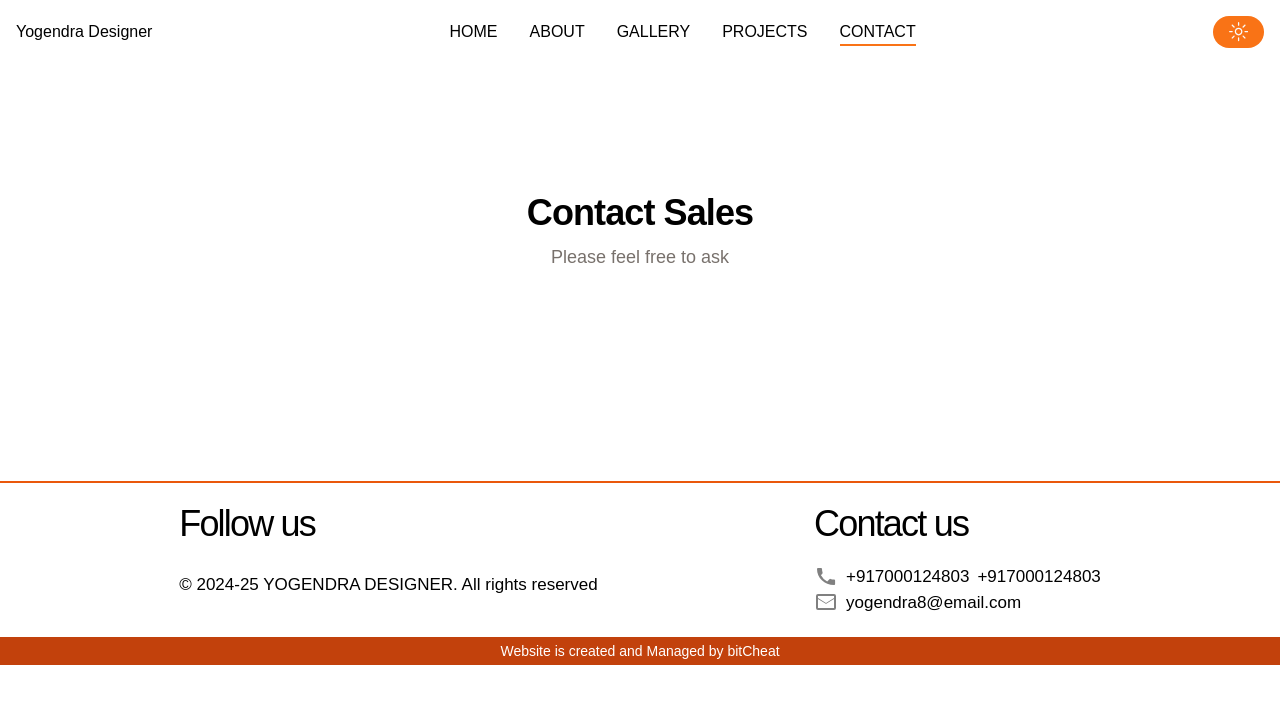
Repository: hitoutvrma/MB_designs-Interior-Designing-website
Page: /contact
These files come from the project's save history. The page is drawn as it stood at one moment and after the next save; the edit follows.
The browser window is 1280 px wide. The pictures show the whole page.
The project was rebuilt for these pictures with package versions that can differ from the ones it lists, and the page was loaded fresh each time. The framework's server and built-in components were replaced by stand-ins that run in the browser. Also part of the build but not shown: next.config.mjs.

Above is the page before, as saved 2024-09-16 18:44:51.

### app/layout.js
import localFont from "next/font/local";
import { Sen } from "next/font/google";
import "./globals.css";
import Header from "@/components/ui/Header";
import Footer from "@/components/ui/Footer";
import { ThemeProvider } from "@/components/ThemeProvider";

const josef = Sen({
  subsets:["latin"],
  weight:["400","500","600","700"],
  display:"swap"
})

// const geistSans = localFont({
//   src: "./fonts/GeistVF.woff",
//   variable: "--font-geist-sans",
//   weight: "100 900",
// });
// const geistMono = localFont({
//   src: "./fonts/GeistMonoVF.woff",
//   variable: "--font-geist-mono",
//   weight: "100 900",
// });

export const metadata = {
  title: "Create Next App",
  description: "Generated by create next app",
};

export default function RootLayout({ children }) {
  return (
    <html lang="en" suppressHydrationWarning>
      <body
        className={`${josef.variable} ${josef.variable} overflow-x-hidden antialiased`}
      >
        <ThemeProvider attribute='class' defaultTheme='light'>

        <Header/>
        {children}
        <Footer/>
        </ThemeProvider>
      </body>
    </html>
  );
}

### app/contact/page.jsx
export default function ContactSection(){
  return (
      <div className="px-6 py-24 sm:py-32 lg:px-8">
          <div className="mx-auto max-w-2xl text-center">
          <h2 className="text-3xl font-bold tracking-tight sm:text-4xl">Contact Sales</h2>
          <p className="mt-2 text-lg leading-8 text-muted-foreground">Please feel free to ask </p>
          </div>
          <form className="mx-auto mt-16 max-w-xl sm:mt-20" action="">
            <div className="grid grid-cols-1 gap-x-8 gap-y-6 sm:grid-cols-2"></div>

          </form>
      </div>
  )
}

### app/globals.css
@tailwind base;
@tailwind components;
@tailwind utilities;


body {
  color: var(--foreground);
  background: var(--background);
  font-family: Arial, Helvetica, sans-serif;
}

@layer utilities {
  .text-balance {
    text-wrap: balance;
  }
}


@layer base {
  :root {
    --background: 0 0% 100%;
    --foreground: 20 14.3% 4.1%;
    --card: 0 0% 100%;
    --card-foreground: 20 14.3% 4.1%;
    --popover: 0 0% 100%;
    --popover-foreground: 20 14.3% 4.1%;
    --primary: 24.6 95% 53.1%;
    --primary-foreground: 60 9.1% 97.8%;
    --secondary: 60 4.8% 95.9%;
    --secondary-foreground: 24 9.8% 10%;
    --muted: 60 4.8% 95.9%;
    --muted-foreground: 25 5.3% 44.7%;
    --accent: 60 4.8% 95.9%;
    --accent-foreground: 24 9.8% 10%;
    --destructive: 0 84.2% 60.2%;
    --destructive-foreground: 60 9.1% 97.8%;
    --border: 20 5.9% 90%;
    --input: 20 5.9% 90%;
    --ring: 24.6 95% 53.1%;
    --radius: 0.5rem;
    --chart-1: 12 76% 61%;
    --chart-2: 173 58% 39%;
    --chart-3: 197 37% 24%;
    --chart-4: 43 74% 66%;
    --chart-5: 27 87% 67%;
  }

  .dark {
    --background: 20 14.3% 4.1%;
    --foreground: 60 9.1% 97.8%;
    --card: 20 14.3% 4.1%;
    --card-foreground: 60 9.1% 97.8%;
    --popover: 20 14.3% 4.1%;
    --popover-foreground: 60 9.1% 97.8%;
    --primary: 20.5 90.2% 48.2%;
    --primary-foreground: 60 9.1% 97.8%;
    --secondary: 12 6.5% 15.1%;
    --secondary-foreground: 60 9.1% 97.8%;
    --muted: 12 6.5% 15.1%;
    --muted-foreground: 24 5.4% 63.9%;
    --accent: 12 6.5% 15.1%;
    --accent-foreground: 60 9.1% 97.8%;
    --destructive: 0 72.2% 50.6%;
    --destructive-foreground: 60 9.1% 97.8%;
    --border: 12 6.5% 15.1%;
    --input: 12 6.5% 15.1%;
    --ring: 20.5 90.2% 48.2%;
    --chart-1: 220 70% 50%;
    --chart-2: 160 60% 45%;
    --chart-3: 30 80% 55%;
    --chart-4: 280 65% 60%;
    --chart-5: 340 75% 55%;
  }
}



@layer base {
  * {
    @apply border-border;
  }
  body {
    @apply bg-background text-foreground;
  }
}

.h1{
  @apply text-6xl xl:text-[72px] xl:leading-[80px] tracking-[-2px] font-bold mb-5 mt-4;
}

### components/ui/Header.jsx
'use client';
import React from 'react'
 import ThemeToggler from '../ThemeToggler'
import MobileNavigation from './MobileNavigation';
import Nav from './Nav';
const Header = () => {
  return (
    <div className='flex justify-between p-4 items-center '>
      <div>Yogendra Designer</div>
      <Nav containerStyles='hidden xl:flex gap-8 items-center' linkStyles='relative hover:text-primary transition-all' underlineStyles ='absolute left-0 top-full h-[2px] bg-primary w-full'
      />
      <div className='flex gap-2 items-center'>

      <ThemeToggler/>
      <div className='xl:hidden'>

      <MobileNavigation/>
      </div>
      </div>
    </div>
  )
}

export default Header

### components/ui/Footer.jsx
import React from 'react'

const Footer = () => {
  return (
    <div className='w-screen'>

    <div class="sm:flex justify-between  border-t-2 border-t-orange-600  backdrop-blur-lg sm:px-[14vw] px-4 py-[3vh] text-[17px] ">
  <div className='mb-8 sm:mb-0'>
    <head>
    <link rel="stylesheet" href="https://cdnjs.cloudflare.com/ajax/libs/font-awesome/6.0.0-beta3/css/all.min.css"/>

    </head>
    <h1 class="pb-5 text-4xl tracking-tighter">Follow us</h1>
    <div className='flex gap-x-6 pb-2 text-4xl'>
    <a href="https://instagram/hitoutvrma" className="text-gray-600 hover:text-pink-500 transition-transform duration-300 transform hover:scale-110"><i class="fa-brands fa-instagram" ></i></a>
      <a href="https://www.linkedin.com/in/hitesh-verma-3695b0254/" className="text-gray-600 hover:text-blue-700 transition-transform duration-300 transform hover:scale-110"><i class="fa-brands fa-linkedin"></i></a>
      <a href="https://x.com/hitesh_404" className="text-gray-600 hover:text-blue-700 transition-transform duration-300 transform hover:scale-110"><i class="fa-brands fa-facebook"></i></a>
    </div>
    <div className='sm:block hidden'>&copy; 2024-25 YOGENDRA DESIGNER. All rights reserved</div>
  </div>
  <div>
    <h1 class="pb-5 text-4xl tracking-tighter">Contact us</h1>
    <div class="flex gap-x-2">
      <svg class="text" xmlns="http://www.w3.org/2000/svg" viewBox="0 0 24 24" width="24" height="24" fill="gray">
        <path d="M6.62 10.79a15.533 15.533 0 006.59 6.59l2.2-2.2a1 1 0 011.09-.27c1.12.37 2.33.57 3.6.57a1 1 0 011 1V20a1 1 0 01-1 1C10.29 21 3 13.71 3 5a1 1 0 011-1h3.01a1 1 0 011 1c0 1.27.2 2.48.57 3.6a1 1 0 01-.27 1.09l-2.2 2.2z" />
      </svg>
      <a href="tel:+917000124803" class="hover:underline">+917000124803</a>
      <a href="tel:+917000124803" class="hover:underline">+917000124803</a>
    </div>
    <div class="flex gap-x-2">
      <svg xmlns="http://www.w3.org/2000/svg" viewBox="0 0 24 24" width="24" height="24" fill="gray">
        <path d="M20 4H4a2 2 0 00-2 2v12a2 2 0 002 2h16a2 2 0 002-2V6a2 2 0 00-2-2zM4 6h16v2l-8 5-8-5V6zm0 12V9l7.39 4.62a1 1 0 001.22 0L20 9v9H4z" />
      </svg>
      <a href="mailto:example@email.com" class="hover:underline">yogendra8@email.com</a>
    </div>
  </div>
    </div>
  <div className='flex items-center justify-center p-1 text-sm bg-orange-700 text-white border-t-orange-600'>Website is created and Managed by bitCheat</div>
</div>

  )
}

export default Footer

### components/ThemeProvider.jsx
'use client';

import { ThemeProvider as NextThemesProvider } from "next-themes";

export function ThemeProvider({ children, ...props }) {
    return <NextThemesProvider {...props}>
        { children }
    </NextThemesProvider>
}

### components/ThemeToggler.jsx
import { Button } from "./ui/button";
import { useTheme } from "next-themes";
import { SunIcon, MoonIcon } from "@radix-ui/react-icons";

const ThemeToggler = () => {
    const { theme, setTheme } = useTheme();

  return (
    <div>
      <Button  onClick={()=>setTheme(theme==='dark'?'light':'dark')}>
        <SunIcon className="h-[1.2rem] w-[1.2rem] scale-100 rotate-0 transition-all dark:rotate-90 dark:scale-0"/>
        <MoonIcon className="w-[1rem] absolute scale-0 rotate-90 transition-all dark:rotate-0 dark:scale-100"/>
      </Button>
    </div>
  )
}

export default ThemeToggler

### components/ui/MobileNavigation.jsx
import React from 'react'

import {Sheet, SheetContent, SheetTrigger} from '@/components/ui/sheet';
import Nav from './Nav';
import { AlignJustify } from 'lucide-react';

const MobileNavigation = () => {
  return (
    <Sheet>
        <SheetTrigger asChild>
            <AlignJustify className='cursor-pointer'/>
        </SheetTrigger>
        <SheetContent>
            <div className='p-3 flex flex-col items-center'>
                <div>
                    <div>Yogendra designer</div>
                    <Nav containerStyles='flex flex-col items-center gap-y-2' linkStyles='text-1xl '/>
                </div>
            </div>
        </SheetContent>
    </Sheet>
  )
}

export default MobileNavigation

### components/ui/Nav.jsx
//Hooks

import { usePathname } from "next/navigation";
import { motion } from "framer-motion";
import Link from "next/link";

const links = [
    {
        path:'/',name:'home'
    },
    {
        path:'/about',name:'about'
    },
    {
        path:'/gallery',name:'gallery'
    },
    {
        path:'/projects',name:'projects'
    },
    {
        path:'/contact',name:'contact'
    },
]
const Nav = ({ containerStyles, linkStyles, underlineStyles } ) => {

    const path = usePathname();
  return (
    <div className={`${containerStyles}`} >
        {
            links.map((link,index) =>{
                return(
                    <Link href={link.path}
                    key={index} className={`uppercase ${linkStyles}`}>
                        {link.path===path && (
                            <motion.span
                            initial={{y:'-100%'}}
                            animate={{y:0}}
                            transition={{ type:'tween'}}
                            layoutId="underline"
                            className={`${underlineStyles}`}
                            />
                        )}
                        {link.name}

                    </Link>
                )
            })
        }
      </div>
  )
}

export default Nav

### components/ui/button.jsx
import * as React from "react"
import { Slot } from "@radix-ui/react-slot"
import { cva } from "class-variance-authority";

import { cn } from "@/lib/utils"

const buttonVariants = cva(
  "inline-flex items-center justify-center whitespace-nowrap rounded-full text-base font-medium ring-offset-background transition-colors focus-visible:outline-none focus-visible:ring-2 focus-visible:ring-ring focus-visible:ring-offset-2 disabled:pointer-events-none disabled:opacity-50",
  {
    variants: {
      variant: {
        default: "bg-primary text-primary-foreground hover:bg-primary/90",
        destructive:
          "bg-destructive text-destructive-foreground hover:bg-destructive/90",
        outline:
          "border border-input bg-background hover:bg-accent hover:text-accent-foreground",
        secondary:
          "bg-secondary text-secondary-foreground hover:bg-secondary/80",
        ghost: "hover:bg-accent hover:text-accent-foreground",
        link: "text-primary underline-offset-4 hover:underline",
      },
      size: {
        default: "sm:h-[2.5vw] h-[7vw] px-4 py-2",
        sm: "h-9 rounded-md px-3",
        lg: "h-11 rounded-md px-8",
        icon: "h-10 w-10",
      },
    },
    defaultVariants: {
      variant: "default",
      size: "default",
    },
  }
)

const Button = React.forwardRef(({ className, variant, size, asChild = false, ...props }, ref) => {
  const Comp = asChild ? Slot : "button"
  return (
    (<Comp
      className={cn(buttonVariants({ variant, size, className }))}
      ref={ref}
      {...props} />)
  );
})
Button.displayName = "Button"

export { Button, buttonVariants }

### components/ui/sheet.jsx
"use client";
import * as React from "react"
import * as SheetPrimitive from "@radix-ui/react-dialog"
import { cva } from "class-variance-authority";
import { X } from "lucide-react"

import { cn } from "@/lib/utils"

const Sheet = SheetPrimitive.Root

const SheetTrigger = SheetPrimitive.Trigger

const SheetClose = SheetPrimitive.Close

const SheetPortal = SheetPrimitive.Portal

const SheetOverlay = React.forwardRef(({ className, ...props }, ref) => (
  <SheetPrimitive.Overlay
    className={cn(
      "fixed inset-0 z-50 bg-black/80  data-[state=open]:animate-in data-[state=closed]:animate-out data-[state=closed]:fade-out-0 data-[state=open]:fade-in-0",
      className
    )}
    {...props}
    ref={ref} />
))
SheetOverlay.displayName = SheetPrimitive.Overlay.displayName

const sheetVariants = cva(
  "fixed z-50 gap-4 bg-background p-6 shadow-lg transition ease-in-out data-[state=open]:animate-in data-[state=closed]:animate-out data-[state=closed]:duration-300 data-[state=open]:duration-500",
  {
    variants: {
      side: {
        top: "inset-x-0 top-0 border-b data-[state=closed]:slide-out-to-top data-[state=open]:slide-in-from-top",
        bottom:
          "inset-x-0 bottom-0 border-t data-[state=closed]:slide-out-to-bottom data-[state=open]:slide-in-from-bottom",
        left: "inset-y-0 left-0 h-full w-3/4 border-r data-[state=closed]:slide-out-to-left data-[state=open]:slide-in-from-left sm:max-w-sm",
        right:
          "inset-y-0 right-0 h-full w-3/4  border-l data-[state=closed]:slide-out-to-right data-[state=open]:slide-in-from-right sm:max-w-sm",
      },
    },
    defaultVariants: {
      side: "right",
    },
  }
)

const SheetContent = React.forwardRef(({ side = "right", className, children, ...props }, ref) => (
  <SheetPortal>
    <SheetOverlay />
    <SheetPrimitive.Content ref={ref} className={cn(sheetVariants({ side }), className)} {...props}>
      {children}
      <SheetPrimitive.Close
        className="absolute right-4 top-4 rounded-sm opacity-70 ring-offset-background transition-opacity hover:opacity-100 focus:outline-none focus:ring-2 focus:ring-ring focus:ring-offset-2 disabled:pointer-events-none data-[state=open]:bg-secondary">
        <X className="h-4 w-4" />
        <span className="sr-only">Close</span>
      </SheetPrimitive.Close>
    </SheetPrimitive.Content>
  </SheetPortal>
))
SheetContent.displayName = SheetPrimitive.Content.displayName

const SheetHeader = ({
  className,
  ...props
}) => (
  <div
    className={cn("flex flex-col space-y-2 text-center sm:text-left", className)}
    {...props} />
)
SheetHeader.displayName = "SheetHeader"

const SheetFooter = ({
  className,
  ...props
}) => (
  <div
    className={cn("flex flex-col-reverse sm:flex-row sm:justify-end sm:space-x-2", className)}
    {...props} />
)
SheetFooter.displayName = "SheetFooter"

const SheetTitle = React.forwardRef(({ className, ...props }, ref) => (
  <SheetPrimitive.Title
    ref={ref}
    className={cn("text-lg font-semibold text-foreground", className)}
    {...props} />
))
SheetTitle.displayName = SheetPrimitive.Title.displayName

const SheetDescription = React.forwardRef(({ className, ...props }, ref) => (
  <SheetPrimitive.Description
    ref={ref}
    className={cn("text-sm text-muted-foreground", className)}
    {...props} />
))
SheetDescription.displayName = SheetPrimitive.Description.displayName

export {
  Sheet,
  SheetPortal,
  SheetOverlay,
  SheetTrigger,
  SheetClose,
  SheetContent,
  SheetHeader,
  SheetFooter,
  SheetTitle,
  SheetDescription,
}

### tailwind.config.js
/** @type {import('tailwindcss').Config} */
module.exports = {
	darkMode: ["class"], // Dark mode setting
	content: [
	  "./pages/**/*.{js,ts,jsx,tsx,mdx}",
	  "./components/**/*.{js,ts,jsx,tsx,mdx}",
	  "./app/**/*.{js,ts,jsx,tsx,mdx}",
	],
	theme: {
	  // Container customization
	  container: {
		center: true, // Centers the container horizontally
		padding: '2rem', // Adds 1rem of padding (16px) on all sides
		screens: {
		  sm: '100%',  // Container takes 100% width on small screens
		  md: '100%',  // Container takes 100% width on medium screens
		  lg: '1024px', // Container is 1024px wide on large screens
		  xl: '1280px', // Container is 1280px wide on extra-large screens
		  '2xl': '1536px', // Container is 1536px wide on 2XL screens
		},
	  },
	  extend: {
		// Extending color palette
		colors: {
		  background: 'hsl(var(--background))',
		  foreground: 'hsl(var(--foreground))',
		  card: {
			DEFAULT: 'hsl(var(--card))',
			foreground: 'hsl(var(--card-foreground))',
		  },
		  popover: {
			DEFAULT: 'hsl(var(--popover))',
			foreground: 'hsl(var(--popover-foreground))',
		  },
		  primary: {
			DEFAULT: 'hsl(var(--primary))',
			foreground: 'hsl(var(--primary-foreground))',
		  },
		  secondary: {
			DEFAULT: 'hsl(var(--secondary))',
			foreground: 'hsl(var(--secondary-foreground))',
		  },
		  muted: {
			DEFAULT: 'hsl(var(--muted))',
			foreground: 'hsl(var(--muted-foreground))',
		  },
		  accent: {
			DEFAULT: 'hsl(var(--accent))',
			foreground: 'hsl(var(--accent-foreground))',
		  },
		  destructive: {
			DEFAULT: 'hsl(var(--destructive))',
			foreground: 'hsl(var(--destructive-foreground))',
		  },
		  border: 'hsl(var(--border))',
		  input: 'hsl(var(--input))',
		  ring: 'hsl(var(--ring))',
		  chart: {
			'1': 'hsl(var(--chart-1))',
			'2': 'hsl(var(--chart-2))',
			'3': 'hsl(var(--chart-3))',
			'4': 'hsl(var(--chart-4))',
			'5': 'hsl(var(--chart-5))',
		  },
		},
		// Extending border radius
		borderRadius: {
		  lg: 'var(--radius)',
		  md: 'calc(var(--radius) - 2px)',
		  sm: 'calc(var(--radius) - 4px)',
		},
	  },
	},
	plugins: [require("tailwindcss-animate")],
  };

Loaded but not shown: lib/utils.js (common file); components/ui/input.jsx (common file)

After the next save:
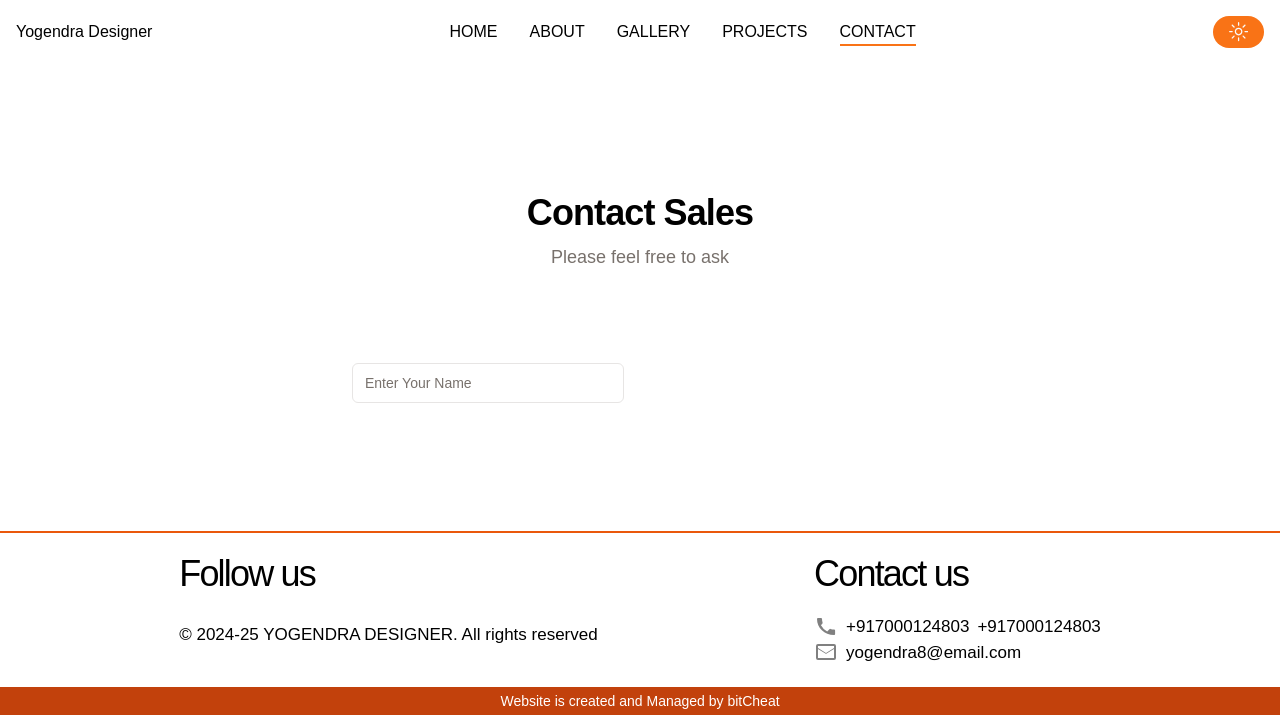
Saved 2 min 36 s later.
--- a/app/contact/page.jsx
+++ b/app/contact/page.jsx
@@ -1,3 +1,5 @@
+import { Input } from "@/components/ui/input";
+
 export default function ContactSection(){
   return (
       <div className="px-6 py-24 sm:py-32 lg:px-8">
@@ -6,7 +8,11 @@ export default function ContactSection(){
           <p className="mt-2 text-lg leading-8 text-muted-foreground">Please feel free to ask </p>
           </div>
           <form className="mx-auto mt-16 max-w-xl sm:mt-20" action="">
-            <div className="grid grid-cols-1 gap-x-8 gap-y-6 sm:grid-cols-2"></div>
+            <div className="grid grid-cols-1 gap-x-8 gap-y-6 sm:grid-cols-2">
+              <div className="mt-2.5">
+                <Input type='name' id='name' placeholder='Enter Your Name' />
+              </div>
+            </div>
 
           </form>
       </div>
